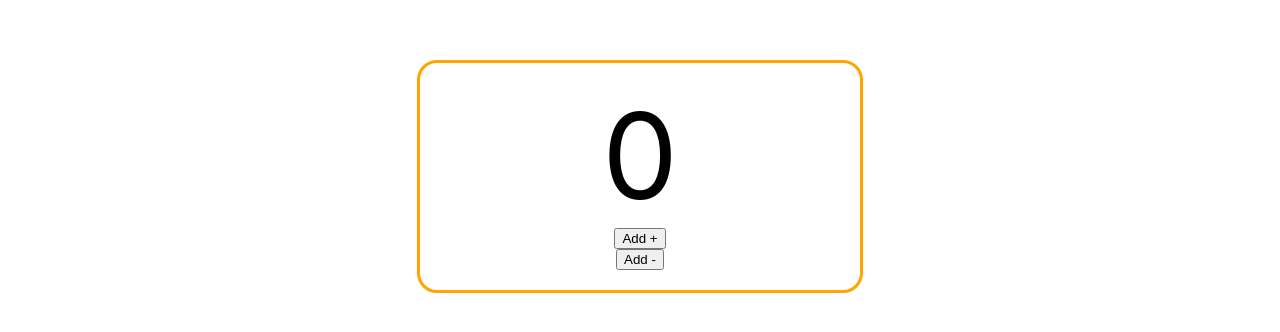
Repository: dnjfht/css-example
Page: /
The author's editor kept a copy of each file at every save. The page is drawn from the files as they stood at one save, then again after the next save.
The browser window is 1280 px wide. The pictures show the whole page.
The project was rebuilt for these pictures with package versions that can differ from the ones it lists, and the page was loaded fresh each time.

Above is the page before, as saved 2023-05-09 18:46:03.

### src/App.js
import React, { useState } from "react";
import Counter from "./components/Counter";

export default function App() {
  const [count, setCount] = useState(0);
  return (
    <div>
      <Counter count={count} setCount={setCount} />
    </div>
  );
}

### src/components/Counter.jsx
import React from "react";

export default function Counter({ count, setCount }) {
  const handleClickCountUp = () => {
    setCount(count + 1);
  };

  const handleClickCountDown = () => {
    if (count > 0) setCount(count - 1);
  };

  return (
    <div
      style={{
        width: 400,
        padding: 20,
        margin: "60px auto",
        border: "3px solid orange",
        borderRadius: 20,
        display: "flex",
        flexDirection: "column",
        alignItems: "center",
      }}
    >
      <span style={{ fontSize: 120 }}>{count}</span>
      <button onClick={handleClickCountUp}>Add +</button>
      <button onClick={handleClickCountDown}>Add -</button>
    </div>
  );
}

Loaded but not shown: public/index.html (common file); src/index.js (common file); src/index.css (common file); src/reportWebVitals.js (common file)

After the next save:
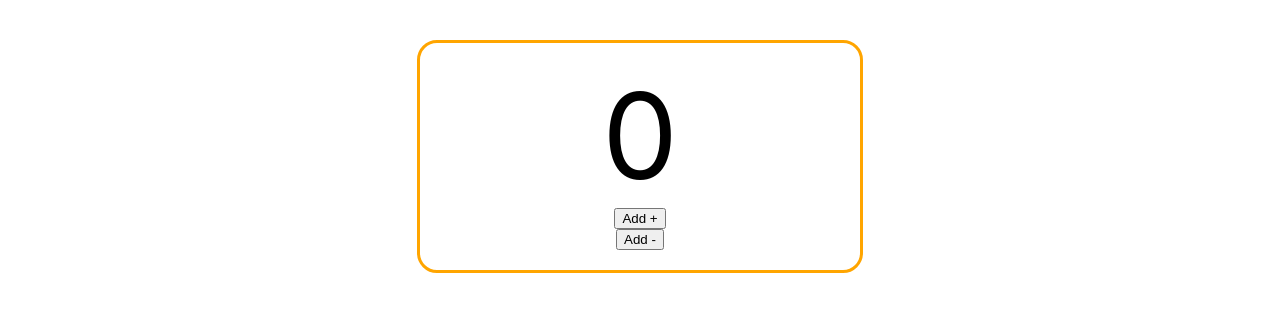
Saved 4 s later.
--- a/src/components/Counter.jsx
+++ b/src/components/Counter.jsx
@@ -14,7 +14,7 @@ export default function Counter({ count, setCount }) {
       style={{
         width: 400,
         padding: 20,
-        margin: "60px auto",
+        margin: "40px auto",
         border: "3px solid orange",
         borderRadius: 20,
         display: "flex",
